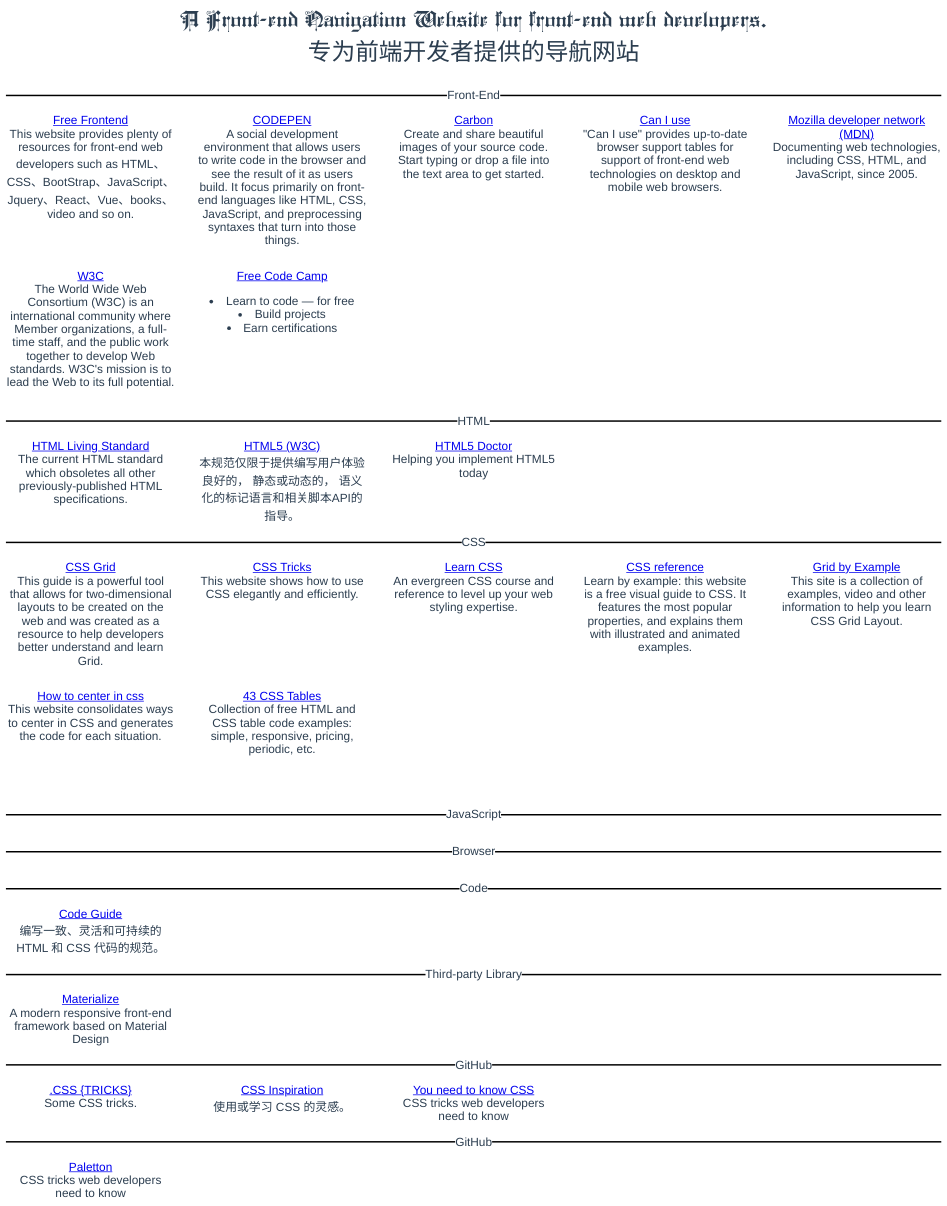
Repository: 321paranoiawhy/fenav.io
Page: /
These files come from the project's save history. The page is drawn as it stood at one moment and after a run of saves; the edit follows.
The browser window is 1280 px wide. The pictures show the whole page, at 74% of full size.
The project was rebuilt for these pictures with package versions that can differ from the ones it lists, and the page was loaded fresh each time. Also part of the build but not shown: vue.config.js.

Above is the page before, as saved 2022-04-06 01:41:09.

After the next 3 saves:
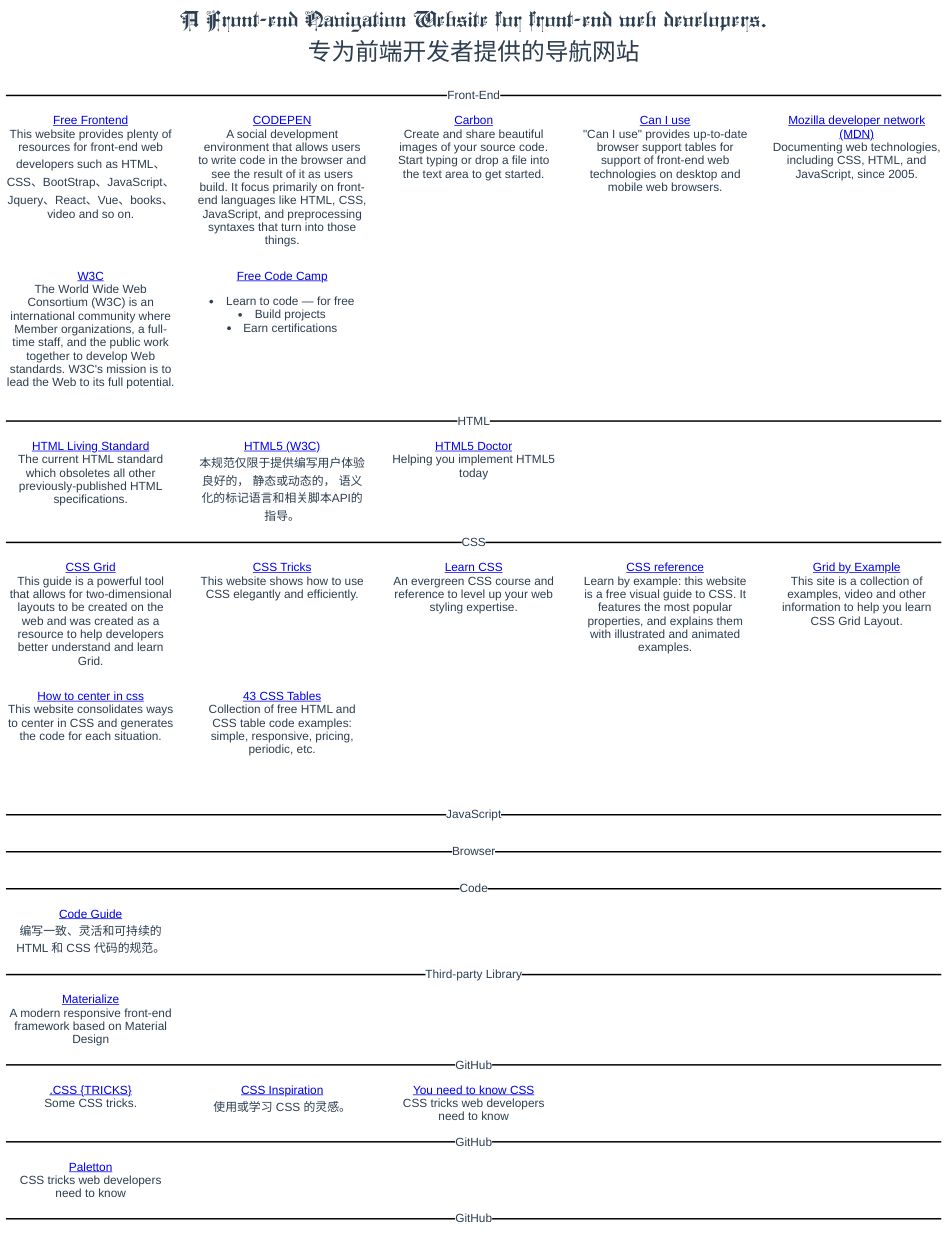
The 3 saves are shown as one change because they came seconds apart.
The last was saved 7 s later.
--- a/src/views/HomeView.vue
+++ b/src/views/HomeView.vue
@@ -222,7 +222,8 @@
             </div>
         </div>
     </div>
-    <!--  -->
+    <!-- Font -->
+    <p class="divider">GitHub</p>
 </template>
 
 <script>
